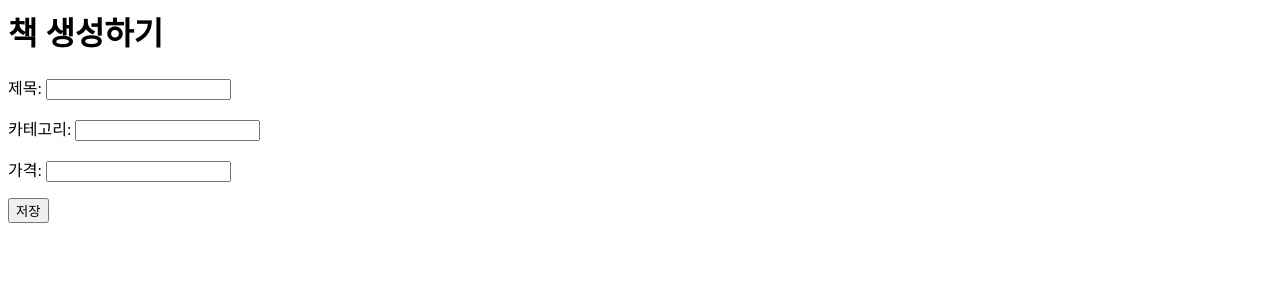
Repository: nsk5720/Spring
Page: http://localhost/SpringProject/create
These files come from the project's save history. The page is drawn as it stood at one moment and after the next save; the edit follows.
The browser window is 1280 px wide. The pictures show the whole page.
The page is served by Tomcat 9.

Above is the page before, as saved 2022-11-15 01:26:39.

After the next save:
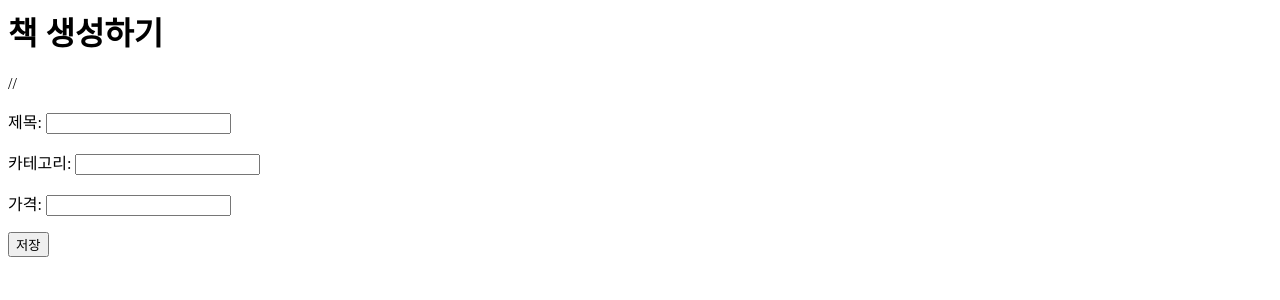
Saved 5 min 6 s later.
--- a/SpringProject/src/main/webapp/WEB-INF/views/book/create.jsp
+++ b/SpringProject/src/main/webapp/WEB-INF/views/book/create.jsp
@@ -5,7 +5,7 @@
 	</head>
 	<body>
 		<h1>책 생성하기</h1>
-		<form method="POST">
+		<form method="POST">	//
 			<p>제목: <input type="text" name="title"/></p>
 			<p>카테고리: <input type="text" name="category"/></p>
 			<p>가격: <input type="text" name="price"/></p>

After the save that followed:
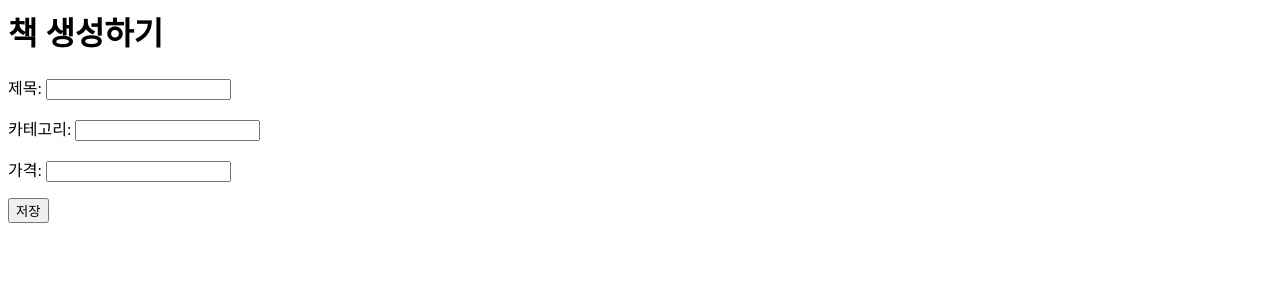
Saved 15 s later.
--- a/SpringProject/src/main/webapp/WEB-INF/views/book/create.jsp
+++ b/SpringProject/src/main/webapp/WEB-INF/views/book/create.jsp
@@ -5,7 +5,7 @@
 	</head>
 	<body>
 		<h1>책 생성하기</h1>
-		<form method="POST">	//
+		<form method="POST">	<!-- 포스트로 전달하지만 아직 받는거 없음 컨트롤러에서 GET은 그냥 표시만 -->
 			<p>제목: <input type="text" name="title"/></p>
 			<p>카테고리: <input type="text" name="category"/></p>
 			<p>가격: <input type="text" name="price"/></p>
